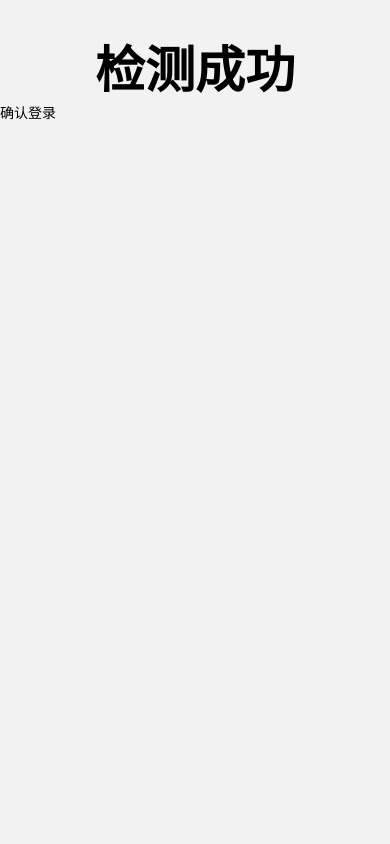
Repository: Declan-Deng/HuoXinApp
Screen: /完成界面
The author's editor kept a copy of each file at every save. The screen is drawn from the files as they stood at one save, then again after the next save.
The app was drawn by React Native's web renderer in a window 390 px wide. The project was rebuilt for these pictures with package versions that can differ from the ones it lists, and the page was loaded fresh each time. Also part of the build but not shown: agreementPage/AgreementPage.js, testPage/CameraScreen.js.

Above is the screen before, as saved 2024-01-23 02:36:55.

After the next save:
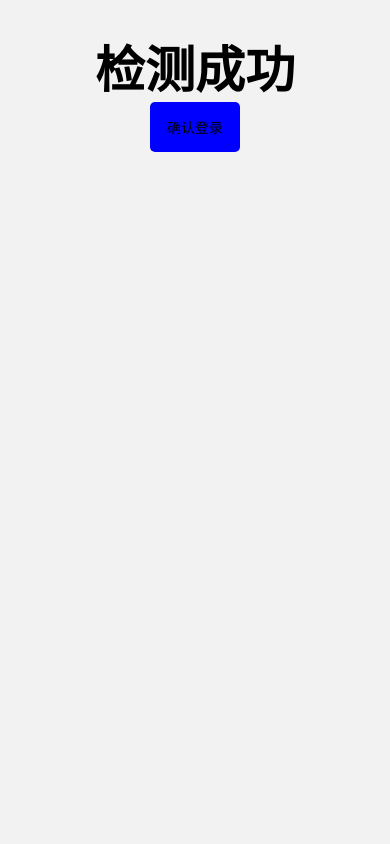
Saved 24 s later.
--- a/testPage/FinishPage.js
+++ b/testPage/FinishPage.js
@@ -36,4 +36,14 @@ const styles = StyleSheet.create({
     marginTop: 30,
     color: 'black',
   },
+  circleButton: {
+    width: 90, // 宽度
+    height: 50, // 高度
+    borderRadius: 5, // 圆角半径
+    backgroundColor: 'blue', // 背景颜色
+    justifyContent: 'center', // 垂直居中
+    alignItems: 'center', // 水平居中
+    marginLeft: 'auto',
+    marginRight: 'auto',
+  },
 });
